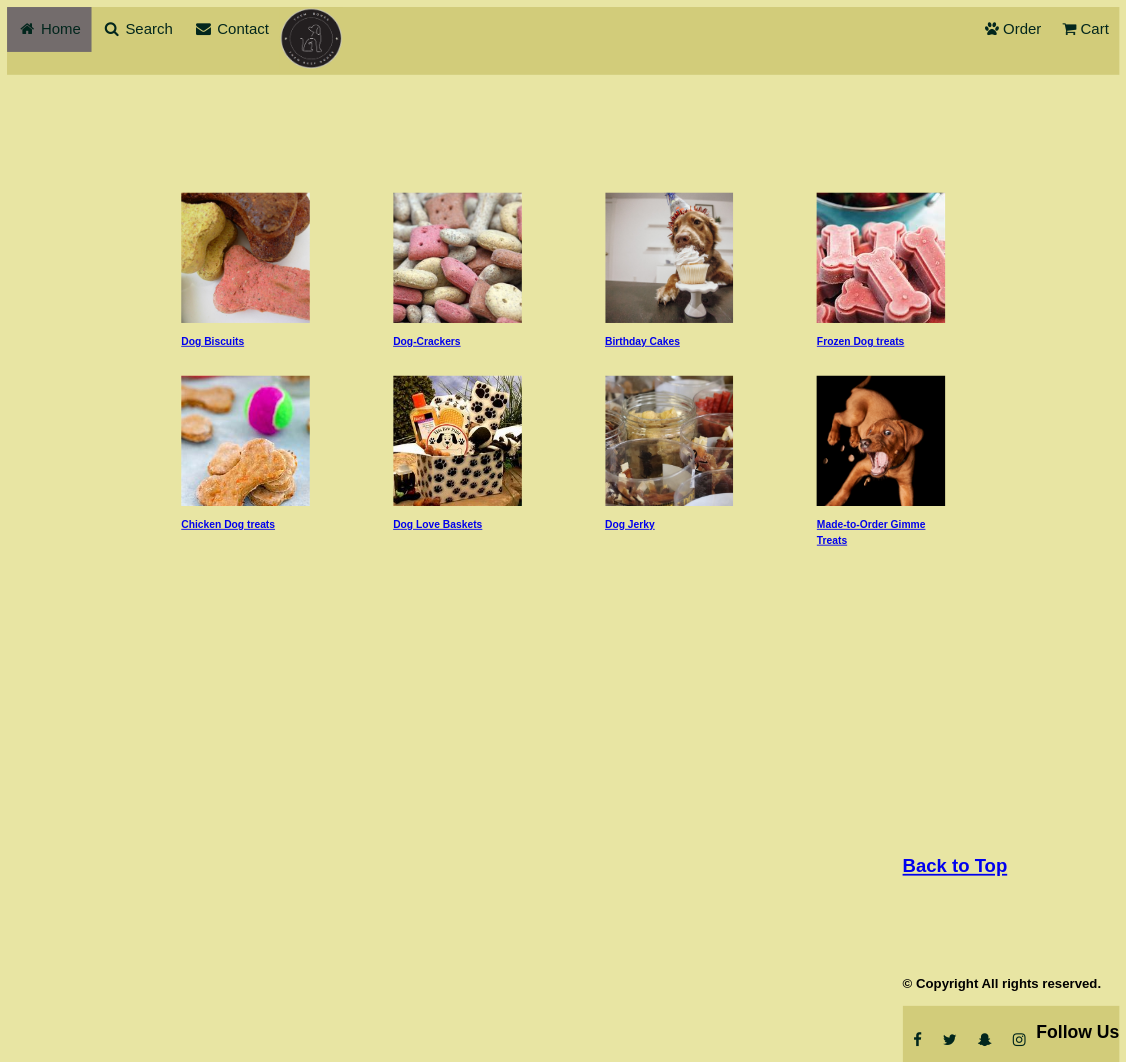
Repository: vgoins-RA2022/HTML-1
Page: index.html
An editor plug-in stored every save of this project. The page is shown before and after the next save, followed by the edit.
The browser window is 1280 px wide. The pictures show the whole page, at 88% of full size.

Above is the page before, as saved 2023-01-21 18:54:30.

### index.html
<!DOCTYPE html>
<html lang="en">

<head>
  <meta charset="UTF-8">
  <meta name="viewport" content="width=device-width, initial-scale=1">
  <link rel="stylesheet" href="https://cdnjs.cloudflare.com/ajax/libs/font-awesome/4.7.0/css/font-awesome.min.css">
  <link rel="stylesheet" href="../HTML-1/src/css/Style.css" type="text/css">
  <title>Simple HTML Assignment 1</title>
</head>

<header>
    <!-- setup top navigator bar. position logo, home and contact navators on the left-->
    <div class="navbar" float: left>
      <img src="src/img/them-bones-logo.png" alt="them-bones-logo" class="logo" >
      <a class="active" href="#"><i class="fa fa-fw fa-home"></i> Home</a>
      <a href="#"><i class="fa fa-fw fa-search"></i> Search</a>
      <a href="#"><i class="fa fa-fw fa-envelope"></i> Contact</a>
      <!-- position order and cart navigators on the right -->
    <div class="right"><a href="#"><i class="fa fa-paw" aria-hidden="true"></i> Order</a>
    <div class="right"><a href="#"><i class="fa fa-shopping-cart" aria-hidden="true"></i> Cart</a>
    </div>
  </header>

<body>
  <div class="container">
     <!-- set of store gallery of self-contained items enclosed in the figure tags  -->
    <div class="gallery">

      <figure class="gallery__item gallery__item--1">
            <img src="src/img/animal-dog- biscuits.jpg" alt="animal-dog-biscuits" class="gallery__img" >
              <h3 class= image-text>
                <h3><a href="#">Dog Biscuits</a></h3>
              </h3>
        </figure>
        <figure class="gallery__item gallery__item--2">
            <img src="src/img/animal-dog- crackers.jpg" alt="animal-dog-crackers" class="gallery__img">
                <h3 class= image-text>
                  <h3><a href="#">Dog-Crackers</a></h3>
                </h3>

        </figure>
        <figure class="gallery__item gallery__item--3">
            <img src="src/img/dog-happy-birthday.jpg" alt="dog-happy-birthday" class="gallery__img">
              <h3 class= image-text></h3>
                <h3><a href="#">Birthday Cakes</a></h3>
               </h3>
        </figure>
        <figure class="gallery__item gallery__item--4">
            <img src="src/img/frozen-dog-treats.jpg" alt="frozen-dog-treats" class="gallery__img">
              <h3 class= image-text>
                 <h3><a href="#">Frozen Dog treats</a></h3>
              </h3>
        </figure>
        <figure class="gallery__item gallery__item--5">
            <img src="src/img/chicken-dog-treat.jpg" alt="chicken-dog-treats" class="gallery__img">
              <h3 class= image-text>
                <h3><a href="#">Chicken Dog treats</a></h3>
              </h3>
        </figure>
        <figure class="gallery__item gallery__item--6">
            <img src="src/img/doggy-love-basket.jpg" alt="doggy-love-basket" class="gallery__img">
            <h3 class= image-text>
            <h3><a href="#">Dog Love Baskets</a></h3>
            </h3>
        </figure>
        <figure class="gallery__item gallery__item--7">
            <img src="src/img/Dog-jerkey.png" alt="dog-jerky" class="gallery__img">
            <h3 class= image-text>
              <a href="#">Dog Jerky</a></h3>
            </h3>
        </figure>
        <figure class="gallery__item gallery__item--8">
          <img src="src/img/gimme-dog treats.jpg" alt="gimme-dog-treats" class="gallery__img">
          <h3 class= image-text>
            <a href="#">Made-to-Order Gimme Treats</a>
          </h3>
        </figure>

      </div>
  </div>

  <a href="#" class="button">
    <div class="right"><span class="label"><h3>Back to Top</h3></span>
  </a>
</body>

<footer>
  <!-- <div> id="footer"</div>  footer id attribute -->

  <!-- setup navigator bar in the footer of copywright and social media icons -->
  <div class="right">
    <div id="footer">
      <p class="copyright"> <h2>&copy; Copyright All rights reserved.</h2> </p>
    </div>
    <div class="navbar" float: left>
    <div class="left">
      <h1>Follow Us
      <a href="#"><i class="fa fa-facebook"></i> </a>
      <a href="#"><i class="fa fa-twitter"></i> </a>
      <a href="#"><i class="fa fa-snapchat-ghost"></i> </a>
      <a href="#"><i class="fa fa-instagram"></i> </a>
      </h1>
    </div>

  </footer>
</html>

### src/css/Style.css

/* align navigation bar items */
.left-menu {
  grid-column: 1;
}
.right-menu {
  grid-column: -1;
}
/* format logo position, width and height */
.logo {
  grid-column: 3;
  grid-area: logo;
  place-self: center;
  width: 10vh;
  height: 10vh;
  justify-self: center;
  background-color:#d2cc7a;
}

/* style the navigation bar */
.navbar a {
float: left;
padding-top: 70px;
padding: 12px;
color: #02261d;
text-decoration: none;
font-size: 17px;
}
/* set the size of the images */
img {
  width: 400px;
  height: 80px;
}
/* change color of navigation item when cursor hovers */
.navbar a:hover {
background-color: #8e8c8c;
}
.active {
background-color: #736c6c;
}
.left {
  float: left;
}

.right {
  float: right;
 }

.navbar a {
    float: left;
    display: block;
}

.navbar {
    width: 100%;
    background-color: #d2cc7a;
    overflow: auto;
}

.logo img {
    display: inline-block;
    vertical-align: top;
    width: 50px;
    height: 50px;
    margin-right: 20px;
    margin-top: 15px;
}



html {
  box-sizing: border-box;
  font-size: 62.5%;
}

body {
  font-family: "Nunito", sans-serif;
  background-color: rgba(216, 212, 98, 0.585);
  font-weight: 300;
  line-height: 1.6;
}

.container {
  width: 75%;
  margin: 2rem auto;
}

.gallery {
  display: grid;
  grid-template-columns: repeat(8, 1fr);
  grid-template-rows: repeat(8, 5vw);
  grid-gap: 1.5rem;
  row-gap: 40px;
}

.gallery__img {
  width: 100%;
  height: 100%;
  object-fit: cover;
  display: block;
}

.image-txt {
  margin: 3%;
  position: absolute;
  top: 20px;
  left: 50px;
}
/* set length and position of store gallery items */
.gallery__item--1 {
  grid-column: 1 / span 2;
  grid-row: 2 / span 2;
}
.gallery__item--2 {
  grid-column: 3 / span 2;
  grid-row: 2 / span 2;
}
.gallery__item--3 {
  grid-column: 5 / span 2;
  grid-row: 2 / span 2;
}
.gallery__item--4 {
  grid-column: 7 / span 2;
  grid-row: 2 / span 2;
}
.gallery__item--5 {
  grid-column: 1 / span 2;
  grid-row: 4 / span 2;
}
.gallery__item--6 {
  grid-column: 3 / span 2;
  grid-row: 4 / span 2;
}
.gallery__item--7 {
  grid-column: 5 / span 2;
  grid-row: 4 / span 2;
}
.gallery__item--8 {
  grid-column: 7 / span 2;
  grid-row: 4 / span 2;
}
/* Style the button */
.button {
  outline: none;
  padding: 10px 16px;

  cursor: pointer;
  font-size: 18px;
}


.button:hover {
  background-color: #ddd;
}

.button.active {
  background-color: #666;
  color: white;
}

.footer {
  background: #061D25;
  padding: 10px 0;
}
.footer a {
  color: #70726F;
  font-size: 20px;
  padding: 10px;
  border-right: 1px solid #70726F;
  transition: all .5s ease;
}
.flex-container {
  display: flex;
  background: #d2cc7a;
}

.copyright{
  text-align: center;
  padding-top: 24px;
  font-weight: 500;
  opacity: 0.8;
  font-size: 16px;
}
@media (max-width: 767px) {

    .h6{
      margin: 0 auto;
      text-align: center;
      margin-top: 10px;
      margin-bottom: 10px;
    }
    .ul{
      text-align: center;
    }
    .social{
        width: 100%;
        margin: 0 auto;
        text-align: center;
        padding: 40px;
        padding-bottom: 0px;
        border-top: 1px solid #eee;
        margin-top: 50px;
    }

  }

After the next save:
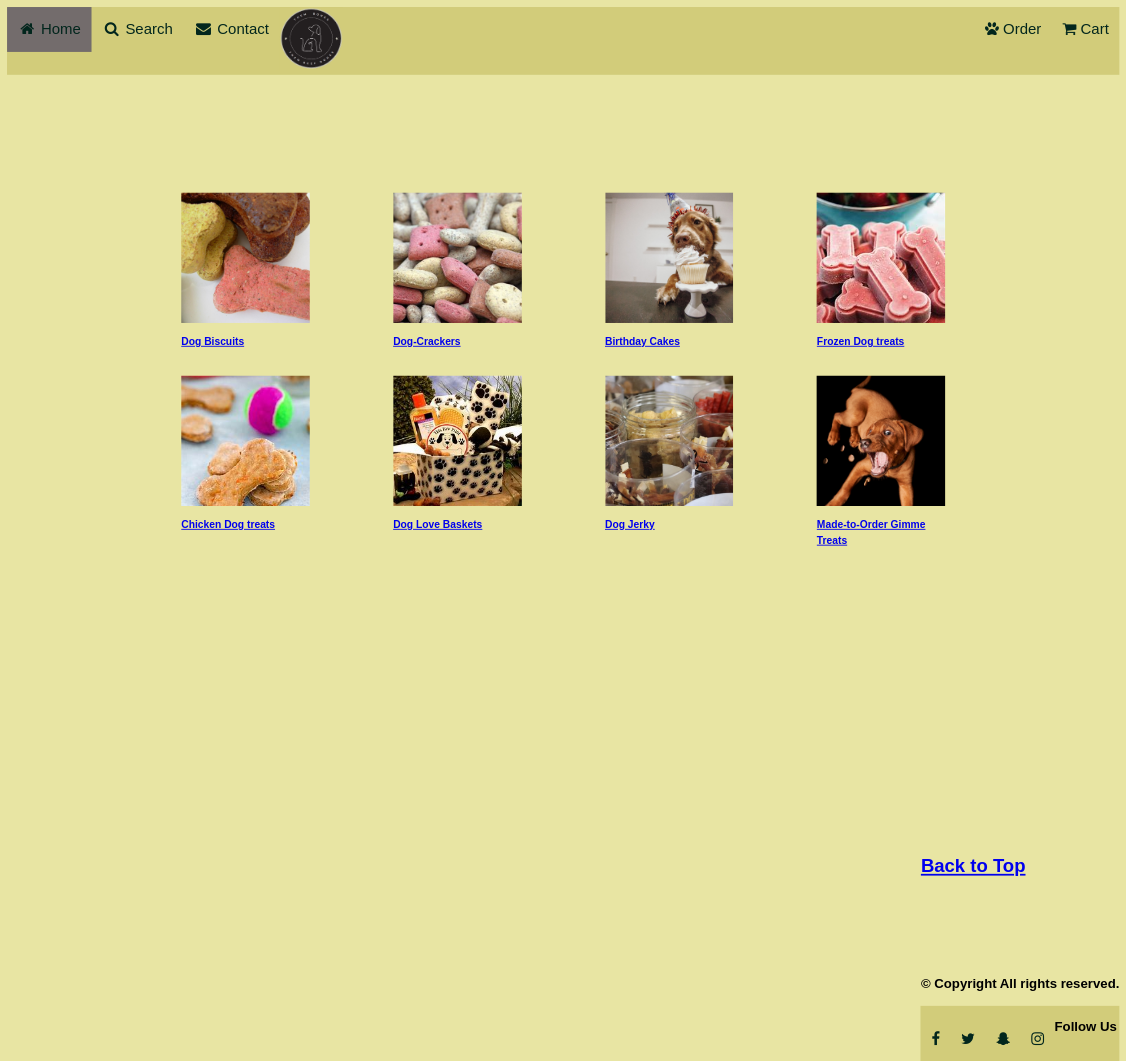
Saved 18 s later.
--- a/index.html
+++ b/index.html
@@ -95,12 +95,12 @@
     </div>
     <div class="navbar" float: left>
     <div class="left">
-      <h1>Follow Us
+      <h2>Follow Us
       <a href="#"><i class="fa fa-facebook"></i> </a>
       <a href="#"><i class="fa fa-twitter"></i> </a>
       <a href="#"><i class="fa fa-snapchat-ghost"></i> </a>
       <a href="#"><i class="fa fa-instagram"></i> </a>
-      </h1>
+      </h2>
     </div>
 
   </footer>
